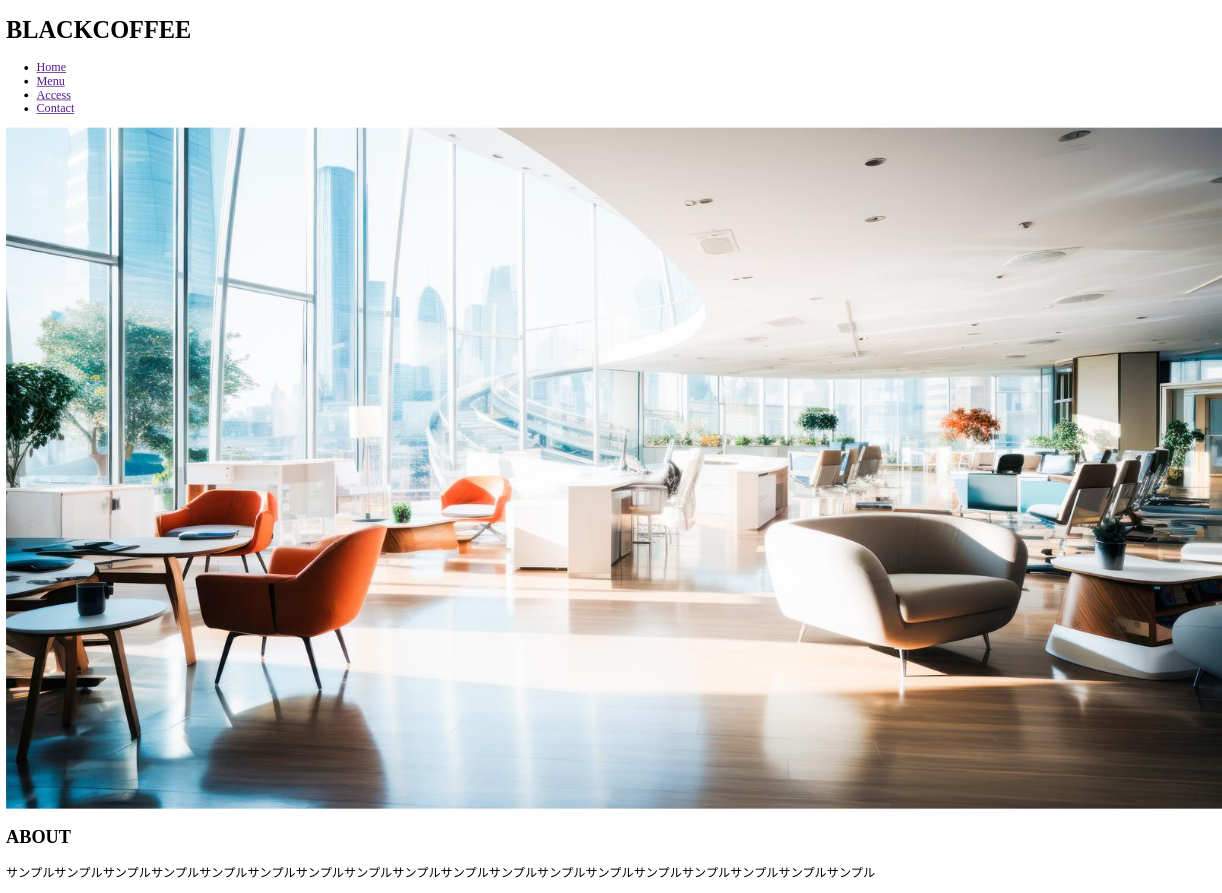
Repository: elle821208/Ayakomi-Cafe
Page: index.html
An editor plug-in stored every save of this project. The page is shown before and after the next save, followed by the edit.
The browser window is 1280 px wide. The page is 1608 px wide, so the pictures cover 1608 px, including what lies to the right of the window. The pictures show the whole page, at 76% of full size.

Above is the page before, as saved 2025-02-28 07:29:26.

### index.html
<!DOCTYPE html>
<html lang="ja">
    <head>
        <meta charset="UTF-8">
        <meta name="viewport" content="width=device-width, initial-scale=1.0">
        <title>BLACKCOFFEE</title>
        <link rel="stylesheet" href="assets/css/common.css">
        <link rel="stylesheet" href="assets/css/index.css">
    </head>
    <body>
        <!--https://www.youtube.com/watch?v=D6aeJTnGvHo-->
        <!--HTMLCSS基礎プラス実践で使える技術盛込みパワーアップ2024-->
        <!--https://www.pakutaso.com/20230807241post-48316.html-->
        <!--ぱくたそ-->
        <!--https://icooon-mono.com/-->
        <!--アイコン-->
        <!--22:00～-->
        <header>
            <div class="container">
                <h1>BLACKCOFFEE</h1>
                <nav>
                    <ul>
                        <li><a href="">Home</a></li>
                        <li><a href="">Menu</a></li>
                        <li><a href="">Access</a></li>
                        <li><a href="">Contact</a></li>
                    </ul>
                </nav>

            </div>

        </header>

        <main>
            <section class="hero">
                <img src="assets/images/top.jpg" alt="ブラックコーヒーの飲食スペース">
                <div class="container">

                </div>

            </section>

            <section class="about">
                <div class="container">
                    <h2>ABOUT</h2>
                    <p>サンプルサンプルサンプルサンプルサンプルサンプルサンプルサンプルサンプルサンプルサンプルサンプルサンプルサンプルサンプルサンプルサンプルサンプル</p>

                </div>

            </section>

            <section class="menu">
                <div class="container">

                </div>

            </section>

        </main>

        <aside>
            <div class="container">

            </div>

        </aside>

        <footer>
            <div class="container">

            </div>

        </footer>

    </body>
</html>

Loaded but not shown: assets/css/index.css (common file); assets/css/common.css (no copy from this time; the picture is the same without it)

After the next save:
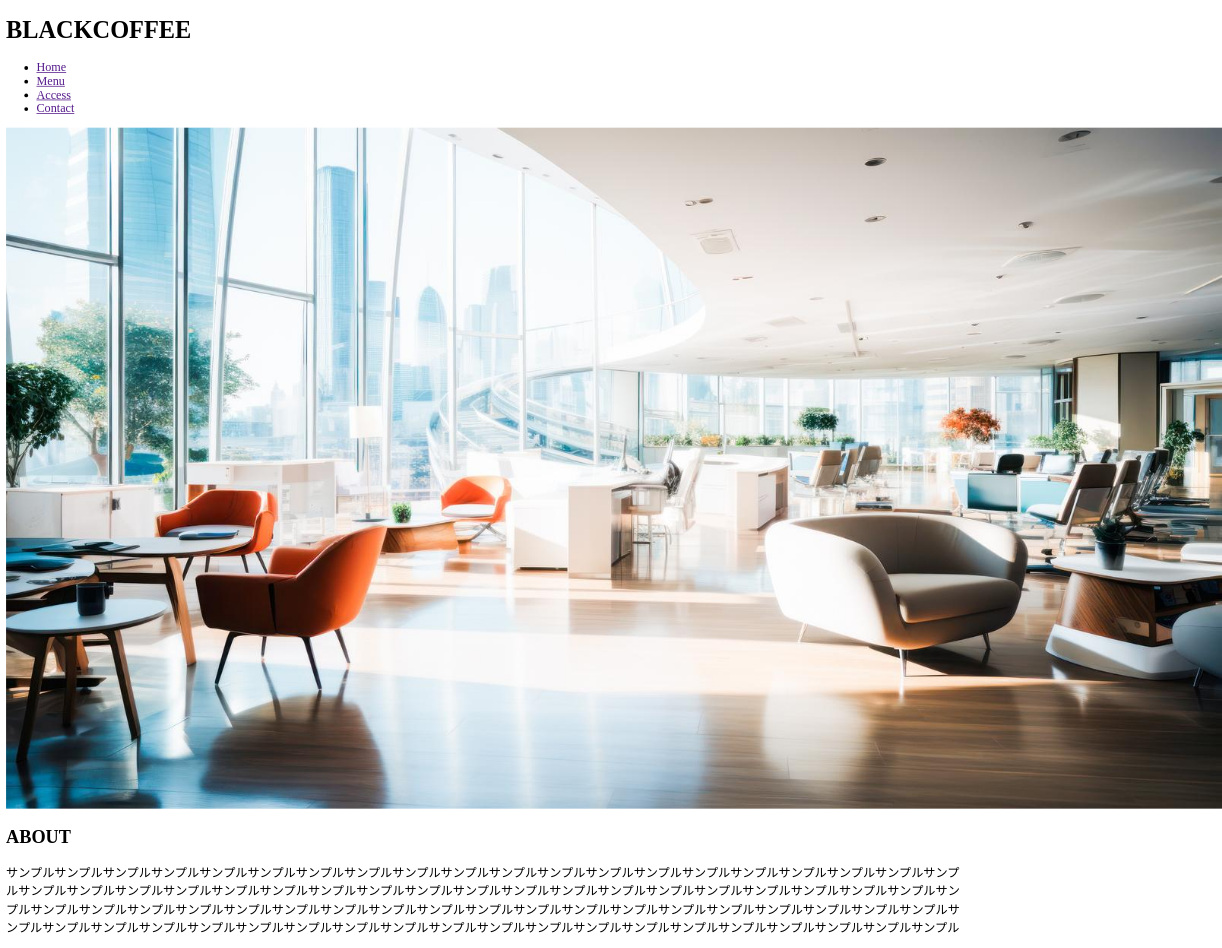
Saved 7 s later.
--- a/index.html
+++ b/index.html
@@ -43,7 +43,7 @@
             <section class="about">
                 <div class="container">
                     <h2>ABOUT</h2>
-                    <p>サンプルサンプルサンプルサンプルサンプルサンプルサンプルサンプルサンプルサンプルサンプルサンプルサンプルサンプルサンプルサンプルサンプルサンプル</p>
+                    <p>サンプルサンプルサンプルサンプルサンプルサンプルサンプルサンプルサンプルサンプルサンプルサンプルサンプルサンプルサンプルサンプルサンプルサンプルサンプルサンプルサンプルサンプルサンプルサンプルサンプルサンプルサンプルサンプルサンプルサンプルサンプルサンプルサンプルサンプルサンプルサンプルサンプルサンプルサンプルサンプルサンプルサンプルサンプルサンプルサンプルサンプルサンプルサンプルサンプルサンプルサンプルサンプルサンプルサンプルサンプルサンプルサンプルサンプルサンプルサンプルサンプルサンプルサンプルサンプルサンプルサンプルサンプルサンプルサンプルサンプルサンプルサンプルサンプルサンプルサンプルサンプルサンプルサンプルサンプル</p>
 
                 </div>
 
